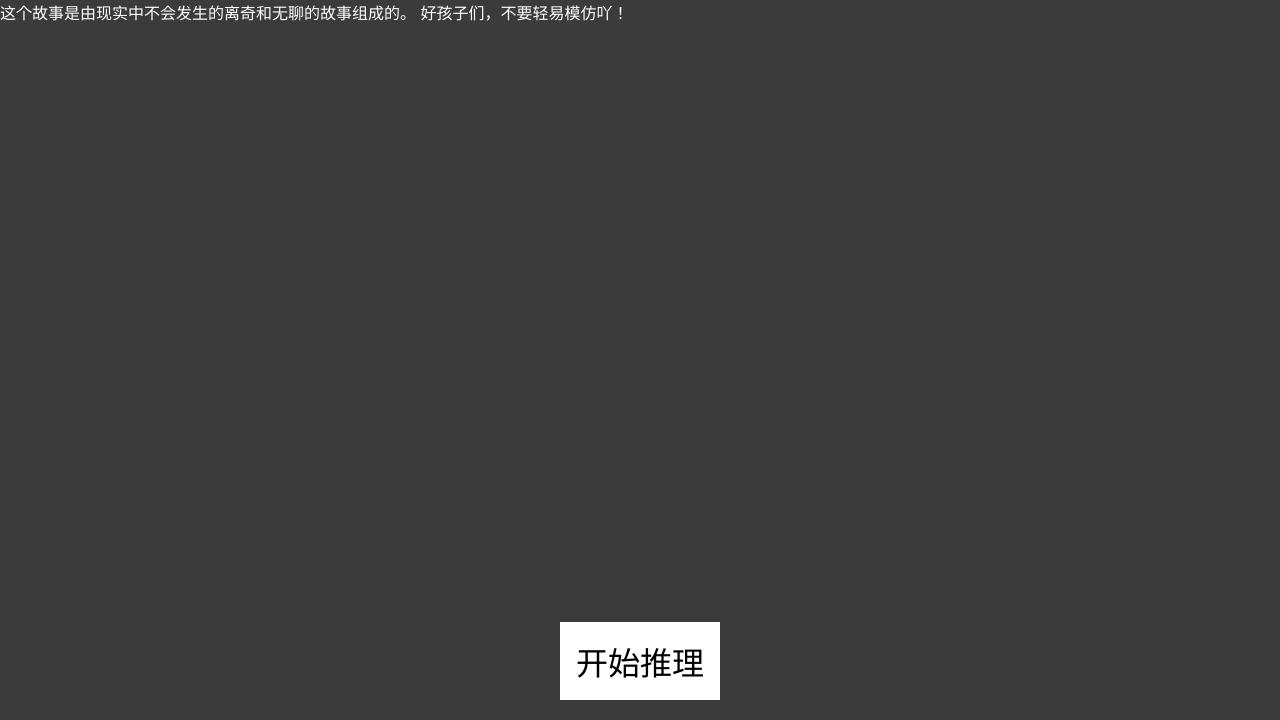
Repository: Jofali/reasoning-genius
Page: /
These files come from the project's save history. The page is drawn as it stood at one moment and after the next save; the edit follows.
The browser window is 1280 px wide. The pictures show the whole page.
The project was rebuilt for these pictures with package versions that can differ from the ones it lists, and the page was loaded fresh each time. Also part of the build but not shown: src/part1/part1.css, src/part1/part1.js, src/part2/part2.css, src/part2/part2.js, src/title/title.css, src/title/title.js, src/inventory/inventory.css, src/inventory/inventory.js and 2 more.

Above is the page before, as saved 2019-05-22 17:34:34.

### public/index.html
<!DOCTYPE html>
<html lang="en">
  <head>
    <meta charset="utf-8" />
    <link rel="shortcut icon" href="%PUBLIC_URL%/favicon.ico" />
    <meta name="viewport" content="width=device-width, initial-scale=1" />
    <meta name="theme-color" content="#000000" />
    <!--
      manifest.json provides metadata used when your web app is installed on a
      user's mobile device or desktop. See https://developers.google.com/web/fundamentals/web-app-manifest/
    -->
    <link rel="manifest" href="%PUBLIC_URL%/manifest.json" />
    <!--
      Notice the use of %PUBLIC_URL% in the tags above.
      It will be replaced with the URL of the `public` folder during the build.
      Only files inside the `public` folder can be referenced from the HTML.

      Unlike "/favicon.ico" or "favicon.ico", "%PUBLIC_URL%/favicon.ico" will
      work correctly both with client-side routing and a non-root public URL.
      Learn how to configure a non-root public URL by running `npm run build`.
    -->
    <title>Reasoning Genius</title>
  </head>
  <body>
    <noscript>You need to enable JavaScript to run this app.</noscript>
    <div id="root"></div>
    <!--
      This HTML file is a template.
      If you open it directly in the browser, you will see an empty page.

      You can add webfonts, meta tags, or analytics to this file.
      The build step will place the bundled scripts into the <body> tag.

      To begin the development, run `npm start` or `yarn start`.
      To create a production bundle, use `npm run build` or `yarn build`.
    -->
  </body>
</html>

### src/index.css
body {
  margin: 0;
  font-family: -apple-system, BlinkMacSystemFont, "Segoe UI", "Roboto", "Oxygen",
    "Ubuntu", "Cantarell", "Fira Sans", "Droid Sans", "Helvetica Neue",
    sans-serif;
  -webkit-font-smoothing: antialiased;
  -moz-osx-font-smoothing: grayscale;
}

code {
  font-family: source-code-pro, Menlo, Monaco, Consolas, "Courier New",
    monospace;
}

#root {
  height: 100%;
}

*{
  padding: 0;
  margin: 0;
}

html,body {
  height: 100%;
}

.sw-enter {
  opacity: 0;
}
.sw-enter-active {
  opacity: 1;
  transform: translateX(0);
  transition: opacity 300ms, transform 300ms;
}
.sw-exit {
  opacity: 1;
}
.sw-exit-active {
  opacity: 0;
  transition: opacity 300ms, transform 300ms;
}

### src/App.js
import React, { Component } from 'react';
import { CSSTransition } from 'react-transition-group';

import Partwrap from './partwrap/partwrap';
import Begin from './begin/begin';

import './App.css';
import arrNext from './assets/arrnext.svg';

class App extends Component {
  constructor(props) {
    super(props);
    this.state = {
      content: <Begin />,
      arr: arrNext,
      arrStatus: "next",
      maxPartNum: 1,
      showPart: true
    };
    this.stepTo = this.stepTo.bind(this);
  }

  partNum = 0;
  timer = null;
  stepTo() {
    if(this.partNum === this.state.maxPartNum) {
      this.partNum = 0;
    } else {
      this.partNum += 1;
    }

    this.setshow(false);
    if(this.timer !== null) {
      clearTimeout(this.timer);
    }
    this.timer = setTimeout( () => {
      switch(this.partNum)
      {
        case 0:
          this.setState({ content: <Begin /> })
          this.setState({ arrStatus: "next" });
          break;
        case 1:
          this.setState({ content: <Partwrap /> })
          this.setState({ arrStatus: "prev" })
          break;
        default:
          this.setState({ content: <Begin /> })
      }
      this.setshow(true);
    }, 300);

  }

  setshow(bool) {
    this.setState({ showPart: bool })
  }

  componentDidMount() {

  }

  render() {
    return (
        <div className="App">
          <CSSTransition
              in={this.state.showPart}
              timeout={300}
              classNames="sw"
              unmountOnExit
            >
              { this.state.content }
          </CSSTransition>
          <button className="btn-begin" onClick={this.stepTo}>开始推理</button>
        </div>
    );
  }
}

export default App;

### src/begin/begin.js
import React from 'react';

import './begin.css';
function Title() {
  return (
      <div className="begin">
        <div className="begin-content-wrap">
          这个故事是由现实中不会发生的离奇和无聊的故事组成的。
          好孩子们，不要轻易模仿吖！
        </div>
      </div>
  );
}

export default Title;

### src/App.css
.App {
  width: 100%;
  height: 100%;
  background: rgb(253,214,222);
  position: relative;
}

.App img {
  width: 100%;
}

.btn-begin {
  position:absolute;
  bottom: 20px;
  left: 50%;
  background: #fff;
  border: none;
  padding: 1rem;
  font-size: 2rem;
  transform: translateX(-50%);
}

### src/begin/begin.css
.begin {
  width: 100%;
  height: 100%;
  background: rgb(59, 59, 59);
  color: #fff;
}

Loaded but not shown: src/index.js (common file); src/serviceWorker.js (common file)

After the next save:
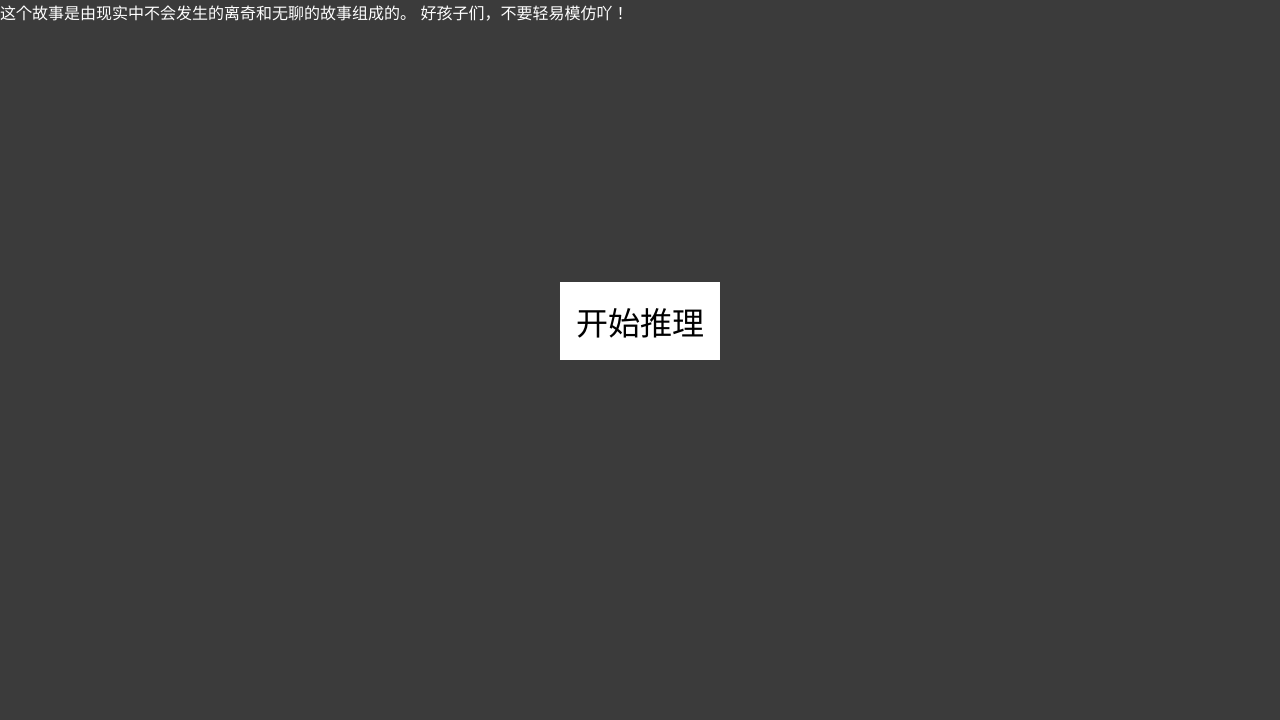
Saved 11 s later.
--- a/src/App.css
+++ b/src/App.css
@@ -11,7 +11,7 @@
 
 .btn-begin {
   position:absolute;
-  bottom: 20px;
+  bottom: 50%;
   left: 50%;
   background: #fff;
   border: none;
